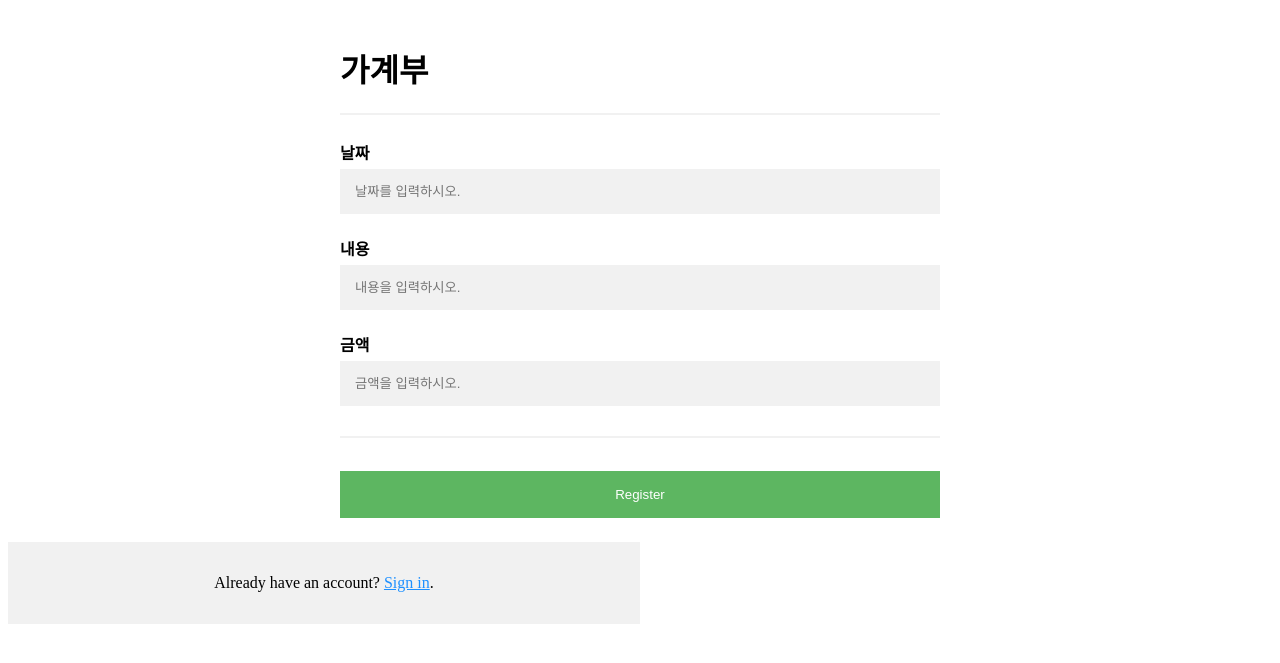
Repository: yonghwankim-dev/FinancialLedgerService
Page: http://localhost/FinancialLedger/
These files come from the project's save history. The page is drawn as it stood at one moment and after the next save; the edit follows.
The browser window is 1280 px wide. The pictures show the whole page.
The page is served by Tomcat 9.

Above is the page before, as saved 2021-02-23 03:48:00.

After the next save:
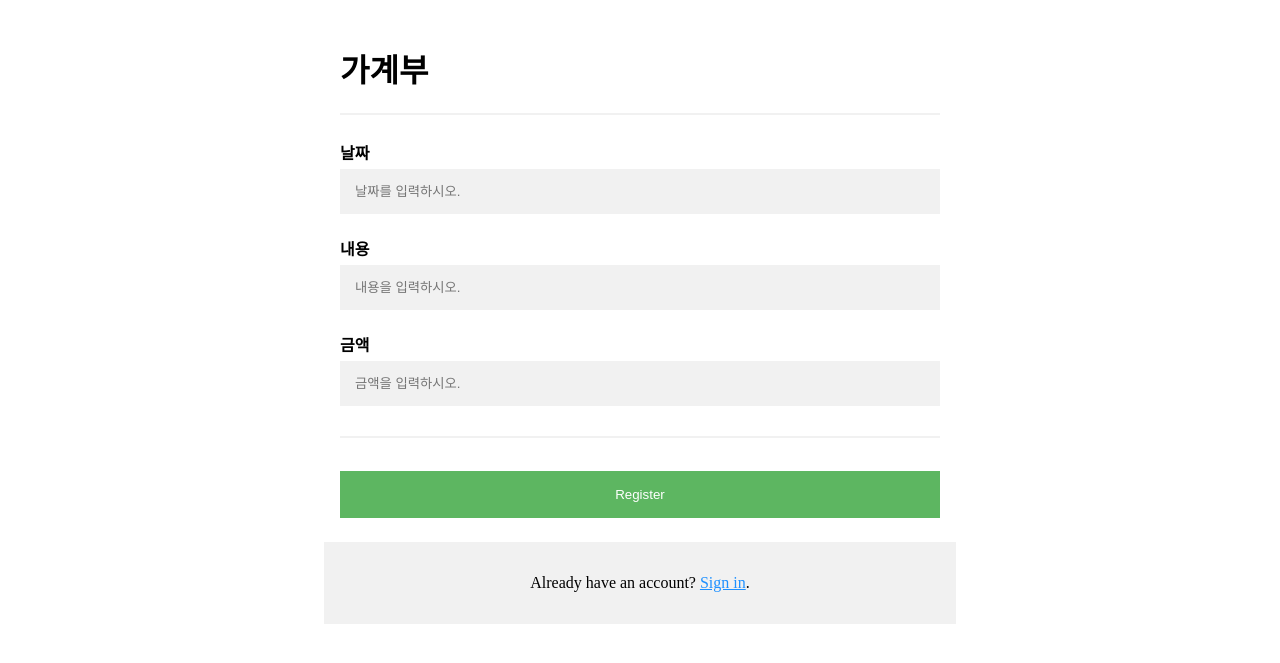
Saved 27 s later.
--- a/FinancialLedger/WebContent/index.jsp
+++ b/FinancialLedger/WebContent/index.jsp
@@ -30,9 +30,11 @@
 		    <button type="submit" class="registerbtn">Register</button>
 		  </div>
 		</div>
+		<div class="container_align">
 		  <div class="container signin">
 		    <p>Already have an account? <a href="#">Sign in</a>.</p>
 		  </div>
+		</div>
 
 	</form>
 </body>
